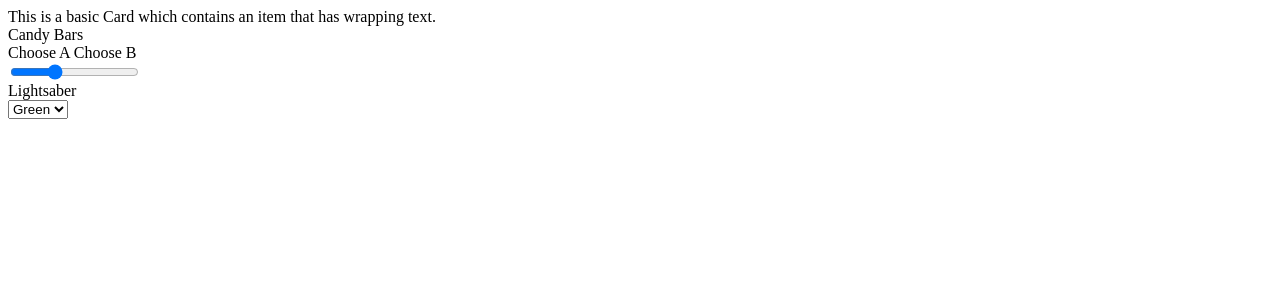
Repository: geof379/phoenix
Page: www/templates/setting.html
The author's editor kept a copy of each file at every save. The page is drawn from the files as they stood at one save, then again after a run of saves.
The browser window is 1280 px wide. The pictures show the whole page.

Above is the page before, as saved 2017-04-17 15:54:12.

### www/templates/setting.html
<ion-view view-title="Settings" ng-controller="AppCtrl">
    <ion-content>

        <div class=" card ">
            <div class="item">
                This is a basic Card which contains an item that has wrapping text.
            </div>
        </div>

        <div class="list">

            <div class="item item-divider"> Candy Bars </div>
            <ion-list>
                <ion-radio ng-model="choice" ng-value="'A'">Choose A</ion-radio>
                <ion-radio ng-model="choice" ng-value="'B'">Choose B</ion-radio>
            </ion-list>
            <div class="item range">
                <i class="icon ion-ios-sunny-outline"></i>
                <input type="range" name="volume" min="0" max="100" value="33">
                <i class="icon ion-ios-sunny"></i>
            </div>
            <label class="item item-input item-select">
    <div class="input-label">
      Lightsaber
    </div>
    <select>
      <option>Blue</option>
      <option selected>Green</option>
      <option>Red</option>
    </select>
  </label>
    </ion-content>
</ion-view>

After the next 2 saves:
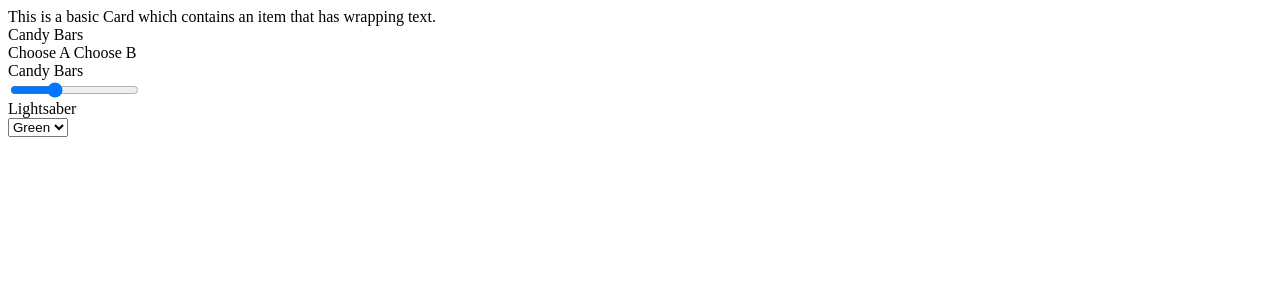
The 2 saves are shown as one change because they came seconds apart.
The last was saved 41 s later.
--- a/www/templates/setting.html
+++ b/www/templates/setting.html
@@ -14,6 +14,7 @@
                 <ion-radio ng-model="choice" ng-value="'A'">Choose A</ion-radio>
                 <ion-radio ng-model="choice" ng-value="'B'">Choose B</ion-radio>
             </ion-list>
+             <div class="item item-divider"> Candy Bars </div>
             <div class="item range">
                 <i class="icon ion-ios-sunny-outline"></i>
                 <input type="range" name="volume" min="0" max="100" value="33">
